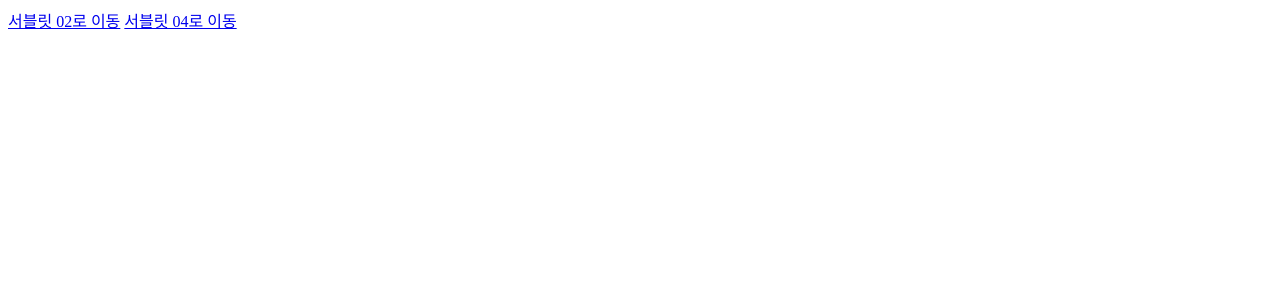
Repository: Minh137/java_works
Page: web05/src/main/webapp/index.html
An editor plug-in stored every save of this project. The page is shown before and after the next save, followed by the edit.
The browser window is 1280 px wide. The pictures show the whole page.

Above is the page before, as saved 2024-08-26 01:05:05.

### web05/src/main/webapp/index.html
<!DOCTYPE html>
<html>
<head>
<meta charset="UTF-8">
<title>Insert title here</title>
</head>
<body>
 <a href="servlet01?str=james">서블릿 02로 이동</a>
  <a href="servlet03?str=sses">서블릿 04로 이동</a>
</body>
</html>

After the next save:
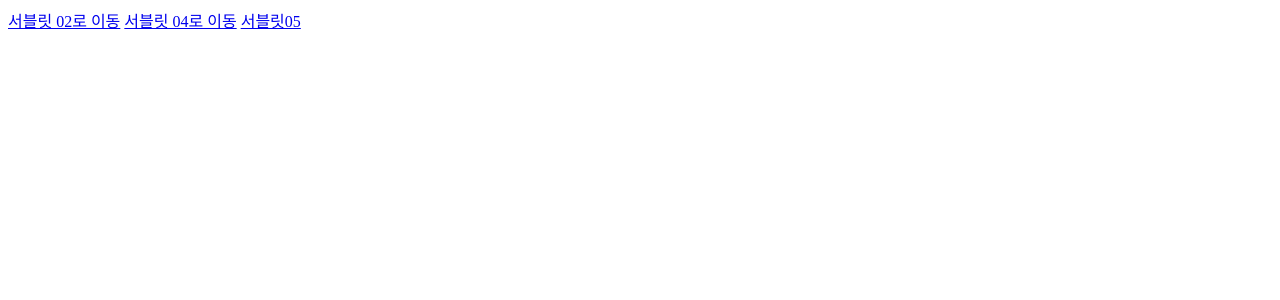
Saved 35 s later.
--- a/web05/src/main/webapp/index.html
+++ b/web05/src/main/webapp/index.html
@@ -7,5 +7,6 @@
 <body>
  <a href="servlet01?str=james">서블릿 02로 이동</a>
   <a href="servlet03?str=sses">서블릿 04로 이동</a>
+  <a href="servlet05">서블릿05</a>
 </body>
 </html>
